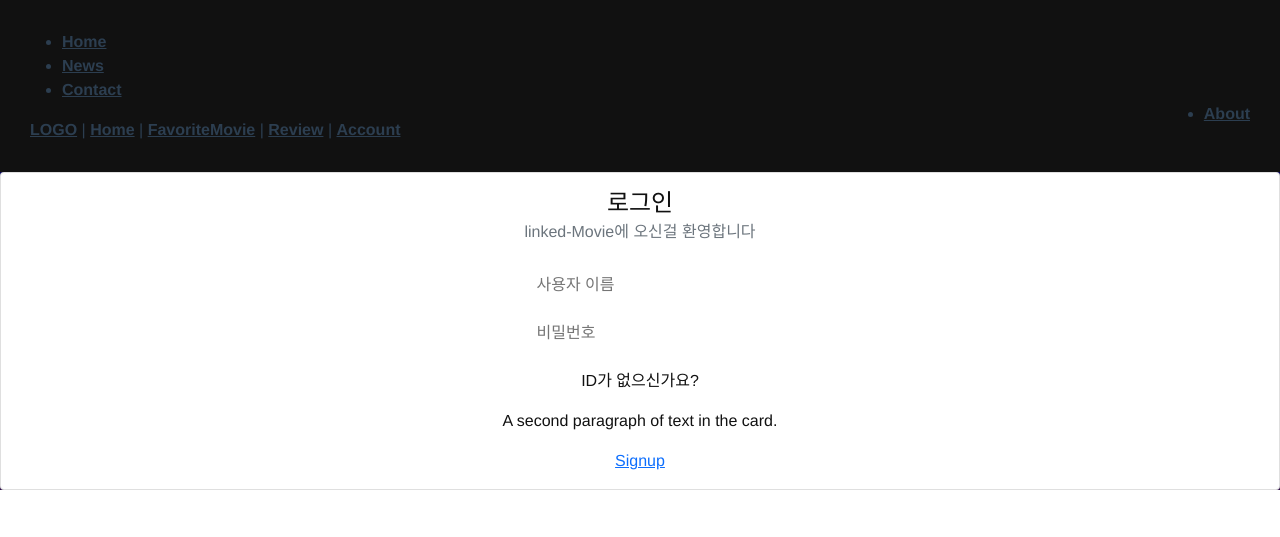
Repository: chomyoenggeun/linkedmovie
Page: /account/login (app in front/)
An editor plug-in stored every save of this project. The page is shown before and after the next save, followed by the edit.
The browser window is 1280 px wide. The pictures show the whole page.
The project was rebuilt for these pictures with package versions that can differ from the ones it lists, and the page was loaded fresh each time. Also part of the build but not shown: front/vue.config.js, front/src/components/MovieCard.vue, front/src/views/Home.vue, front/src/views/accounts/Account.vue, front/src/views/accounts/Signup.vue, front/src/views/FavoriteMovie.vue, front/src/views/Mypage.vue, front/src/components/DmovieReviewItem.vue and 10 more.

Above is the page before, as saved 2021-11-24 05:08:29.

### front/src/main.js
import Vue from 'vue'
import App from './App.vue'
import router from './router'
import store from './store'
import vuetify from './plugins/vuetify'
import BootstrapVue from 'bootstrap-vue'
import 'bootstrap/dist/css/bootstrap.min.css'
import 'bootstrap-vue/dist/bootstrap-vue.css'

Vue.use(BootstrapVue)
Vue.config.productionTip = false

new Vue({
  router,
  store,
  vuetify,
  render: h => h(App)
}).$mount('#app')

### front/src/App.vue
<template>
  <div id="app">
    <div id="nav">
      <ul class="horizontal">
        <li><a class="active" href="javascript:void(0)">Home</a></li>
        <li><a href="javascript:void(0)">News</a></li>
        <li><a href="javascript:void(0)">Contact</a></li>
        <li class="rightli" style="float:right"><a href="javascript:void(0)">About</a></li>
      </ul>

      <router-link class="menubt" to="/home">LOGO</router-link> |
      <router-link class="menubt" to="/home">Home</router-link> |
      <router-link class="menubt" to="/favorite-movie">FavoriteMovie</router-link> |
      <router-link class="menubt" to="/review">Review</router-link> |
      <span v-if="isLogin">
        <router-link class="menubt_right" to="/mypage"
        >Mypage</router-link> |
      </span>
      <span v-else>
        <router-link class="menubt" to="/account">Account</router-link>
      </span>
    </div>
    <router-view
    @login="isLogin=true"/>
  </div>
</template>

<script>
export default {
  name : 'App',
    data: function(){
    return {
      isLogin: false,
    }
  },
  created : function(){
    const token = localStorage.getItem('jwt')
    if(token){
      this.isLogin = true
    }
  },
  methods : {
    checkLogin: function(loginState){
      this.isLogin = loginState
    }
  }

}
</script>

<style>
#app {
  font-family: Avenir, Helvetica, Arial, sans-serif;
  -webkit-font-smoothing: antialiased;
  -moz-osx-font-smoothing: grayscale;
  /* text-align: center; */
  color: #2c3e50;
  background: #111111;
}

#nav {
  padding: 30px;
}

#nav a {
  font-weight: bold;
  color: #2c3e50;
}
/* .menubt{
  padding : 20px;
  background: #255ca3;
  list-style:none;
} */
.menubt:hover{
  background:#255ca3; margin:auto; position:relative; display:box;
}
.menubt_rigth{
  text-align: right;
}

#nav a.router-link-exact-active {
  color: #dddddd;
}
</style>

### front/src/router/index.js
import Vue from 'vue'
import VueRouter from 'vue-router'
import Home from '../views/Home.vue'
import Account from '../views/accounts/Account.vue'
import Login from '../views/accounts/Login.vue'
import Signup from '../views/accounts/Signup.vue'
import FavoriteMovie from '../views/FavoriteMovie.vue'
import Mypage from '../views/Mypage.vue'
import Movie from '../components/Movie.vue'
import Review from '../views/Review.vue'
import MovieReviewForm from '../components/MovieReviewForm.vue'
import MovieReviewCommunity from '../components/MovieReviewCommunity.vue'
// import MovieReviewCreate from '../components/MovieReviewCreate.vue'

Vue.use(VueRouter)

const routes = [
  {
    path: '/home',
    name: 'Home',
    component: Home
  },
  {
    path: '/favorite-movie',
    name: 'FavoriteMovie',
    component : FavoriteMovie
  },
  /////////////////////////////////
  //account//
  {
    path: '/account',
    name: 'Account',
    component : Account,
  },
  {
    path: '/account/login',
    name: 'Login',
    component : Login,
  },
  {
    path: '/account/signup',
    name: 'Signup',
    component : Signup,
  },
  //account//
  /////////////////////////////////
  {
    path: '/mypage',
    name: 'Mypage',
    component : Mypage,
  },
  {
    path: '/home/movie/:movieId',
    name: 'Movie',
    component : Movie
  },
///////////////////////////////////////////////////
//////////리뷰작성///////////
  {
    path: '/review',
    name: 'Review',
    component : Review
  },
  {
    path: '/review/create',
    name: 'MovieReviewForm',
    component : MovieReviewForm
  },
  {
    path: '/review/detail/:reviewId',
    name: 'MovieReviewCommunity',
    component: MovieReviewCommunity
  }
  ////////////////////////////////////////////////////////
  // {
  //   path: '/movie-review-create',
  //   name: 'MovieReviewCreate',
  //   component : MovieReviewCreate
  // },

]

const router = new VueRouter({
  mode: 'history',
  base: process.env.BASE_URL,
  routes
})

export default router

### front/src/store/index.js
import Vue from 'vue'
import Vuex from 'vuex'
import axios from 'axios'
import router from '../router'

Vue.use(Vuex)

export default new Vuex.Store({
  state: {
    movieCards: [],
    carosalCards : [],
    loginState : false,
    loginjwt : null,
    reviews: [],
    user : null,
    comments : [],
    moviereviews: [],
  },
  mutations: {
    // GET_LOGIN_USER: function(state,res){
    //   state.user = res

    // },
    LOAD_MOVIE_CARDS:function(state, results){
      state.movieCards = results
    },
    GET_REVIEWS:function(state, res){
      state.reviews = res
      // console.log(state.reviews)
    },
    GET_MOVIE_REVIEWS : function(state,res){
      state.moviereviews = res
    },
    CREATE_REVIEWS : function(state, res){
      state.reviews.push(res)
      // console.log(state.reviews)
    },
    UPDATE_REVIEW : function(state,reviewItem){
      state.reviews = state.reviews.map((review) => {
        if (review === reviewItem){
          return { ...review,
            title: reviewItem.titie,
            content: reviewItem.content,
            rank: reviewItem.rank
          }
        }
        return review
      })
    },
    DELETE_REVIEW : function(state, reviewItem){
      const index = state.reviews.indexOf(reviewItem)
      state.reviews.splice(index,1)
    },
    GET_COMMENTS : function(state,res){
      state.comments = res
    },
    CREATE_COMMENT : function(state, res){
      state.comments.push(res)
    },
    DELETE_COMMENT : function(state,commentItem){
      const index = state.comments.indexOf(commentItem)
      state.comments.splice(index, 1)
    }
  },
  actions: {
    // getLoginUser: function({commit},token){
    //   axios({
    //     method: 'get',
    //     url:'http://123.0.01:8000/account/api-token-auth/',
    //     headers: token,
    //   })
    //     .then(res =>{
    //       console.log(res)
    //       commit('GET_LOGIN_USER')
    //     })
    // },
    // 로그인 정보 보내기
    // Login: function(context){
    //   axios({
    //     method: 'post',
    //     url: 'http://127.0.0.1:8000/accounts/signup/',
    //     data: this.credentials
    //   })
    //     .then(()=>{
    //       console.log(context)
    //       context.commit('LOGIN',context)
    //       this.$router.push({name: 'Login'})
    //     })
    //     .catch(err =>{
    //       console.log(err)
    //     })
    // },
    // 영화 불러오기
    LoadMovieCards: function({commit},token){
      axios({
        method: 'get',
        url: 'http://127.0.0.1:8000/movies/',
        headers: token,
      })
        .then(res => {
          console.log(res.data)
          commit('LOAD_MOVIE_CARDS',res.data)
        })
    },
    LoadGenreData : function({commit},token){
      axios({
        method: 'get',
        url:`http://127.0.0.1:8000/movies/genres/`,
        headers: token,
      })
        .then(res =>{
          console.log(res.data)
          commit('LOAD_GENRE_DATA',res.data)
        })
    },
    // LikeMovie:function({commit},token){
    //   axios({
    //     method: 'put',
    //     url: 'http://127.0.0.1:8000/movies/',
    //     headers: token,
    //   })
    // },
    getReviews: function({commit},token){
      axios({
        method: 'get',
        url: `http://127.0.0.1:8000/community/`,
        headers: token,
      })
        .then(res => {
          // console.log(res.data)
          commit('GET_REVIEWS',res.data)
        })
        .catch(err => {
          console.log(err)
        })
    },
    createReviews: function({commit},object){
      axios({
        method: 'post',
        url:'http://127.0.0.1:8000/community/',
        headers: object.token,
        data: object.reviewItem,
      })
        .then(res => {
          console.log(res)
          commit('CREATE_REVIEWS')
          router.push({ name:'Review' })
          router.go()
        })
        .catch(err => {
          console.log(err)
        })
    },
    updateReview: function({commit},object){
      axios({
        method: 'PUT',
        url:`http://127.0.0.1:8000/community/${object.review_id}/`,
        data:object.reviewItem,
        headers: object.token
      })
        .then(() => {
          commit('UPDATE_REVIEW')
        })
        .catch(err => {
          console.log(err)
        })
    },
    deleteReview({commit},object){
      axios({
        method: 'DELETE',
        url:`http://127.0.0.1:8000/community/${object.review_id}/`,
        headers: object.token,

      })
        .then(res=>{
          console.log(res)
          commit('DELETE_REVIEW')
        })
        .catch(err =>{
          console.log(err)
        })
    },
    getComments({commit},object){
      axios({
        method: 'GET',
        url:`http://127.0.0.1:8000/community/${object.review_id}/comments/`,
        headers: object.token,

      })
        .then((res) => {
          // console.log(object.review_id)
          // console.log(res)
          commit('GET_COMMENTS',res.data)
        })
        .catch(err => {
          console.log(err)
        })
    },
    createComment({commit},object){
      axios({
        method: 'POST',
        url:`http://127.0.0.1:8000/community/${object.review_id}/comments/`,
        data: object.commentItem,
        headers: object.token,
      })
        .then((res) =>{
          commit('CREATE_COMMENT', res.data)
        })
        .catch(err =>{
          console.log(err)
        })
    },
    deleteComment({commit},object){
      axios({
        method:'DELETE',
        url: `http://127.0.0.1:8000/community/comments/${object.comment_id}/`,
        headers: object.token
      })
        .then((res)=>{
          console.log(res)
          commit('DELETE_COMMENT',res.data)
          router.go()
        })
        .catch(err =>{
          console.log(err)
        })
    },
    getMovieReviews({commit},object){
      axios({
        method: 'GET',
        url:`http://127.0.0.1:8000/movies/moviereviews/`,
        headers: object.token,
      })
        .then((res) => {
          // console.log(object.review_id)
          // console.log(res)
          commit('GET_MOVIE_REVIEWS',res.data)
        })
        .catch(err => {
          console.log(err)
        })
    }
  },

  modules: {
  }
})

### front/src/views/accounts/Login.vue
<template>
  <div>

    <!-- <div class="login-page">
      <transition name="fade">
         <div v-if="!registerActive" class="wallpaper-login"></div>
      </transition>
      <div class="wallpaper-register"></div>

      <div class="container">
         <div class="row m-6 p-6">
            <div class="col-lg-4 col-md-6 col-sm-8 mx-auto">
               <div v-if="!registerActive" class="card login" v-bind:class="{ error: emptyFields }">
                  <h1>Sign In</h1>
                  <form class="form-group">
                     <input v-model="emailLogin" type="email" class="form-control" placeholder="Email" required>
                     <input v-model="passwordLogin" type="password" class="form-control" placeholder="Password" required>
                     <input type="submit" class="btn btn-primary" @click="doLogin">
                     <p>Don't have an account? <a href="#" @click="registerActive = !registerActive, emptyFields = false">Sign up here</a>
                     </p>
                     <p><a href="#">Forgot your password?</a></p>
                  </form>
               </div>

               <div v-else class="card register" v-bind:class="{ error: emptyFields }">
                  <h1>Sign Up</h1>
                  <form class="form-group">
                     <input v-model="emailReg" type="email" class="form-control" placeholder="Email" required>
                     <input v-model="passwordReg" type="password" class="form-control" placeholder="Password" required>
                     <input v-model="confirmReg" type="password" class="form-control" placeholder="Confirm Password" required>
                     <input type="submit" class="btn btn-primary" @click="doRegister">
                     <p>Already have an account? <a href="#" @click="registerActive = !registerActive, emptyFields = false">Sign in here</a>
                     </p>
                  </form>
               </div>
            </div>
         </div>

      </div>
   </div> -->

    <div class="to-center bg-color">
      <b-card title="로그인" sub-title="linked-Movie에 오신걸 환영합니다">
        <div>
          <br>
          <input type="text" placeholder="사용자 이름"
          id="username"
          v-model="credentials.username">
        </div>
        <br>
        <div>
          <input type="password"
          id="password" placeholder="비밀번호"
          v-model="credentials.password"
          @keyup.enter="login">
        </div>
        <br>
        <b-card-text>
          ID가 없으신가요?
        </b-card-text>

        <b-card-text>A second paragraph of text in the card.</b-card-text>
        <router-link to="/account/signup">Signup</router-link>
      </b-card>
    </div>
  </div>
</template>

<script>
import axios from 'axios'

export default {
  name : 'Login',
  data: function(){
    return {
      credentials: {
        username: null,
        password: null,
        isLogin: false,
      }
    }
  },
  props:{
    loginState : String,
  },
  methods: {
    login: function(){
      axios({
        method: 'post',
        url: 'http://127.0.0.1:8000/accounts/api-token-auth/',
        data: this.credentials,
      })
        .then(res => {
          console.log(this.credentials)
          localStorage.setItem('jwt',res.data.token)
          this.$emit('login')
          this.$emit('is-login',true)
          this.$router.push({ name: 'Home'})
        })
        .catch(err =>{
          console.log(err)
        })
    }
  }
}
</script>

<style scoped>
.to-center{
  text-align: center;
}
.bg-color{
  background: rgb(6,5,87);
  background: linear-gradient(180deg, rgba(6,5,87,1) 0%, rgba(43,12,69,1) 100%);
  color: #111111;
  padding: auto
}
</style>

Loaded but not shown: front/public/index.html (common file); front/src/plugins/vuetify.js (common file)

After the next save:
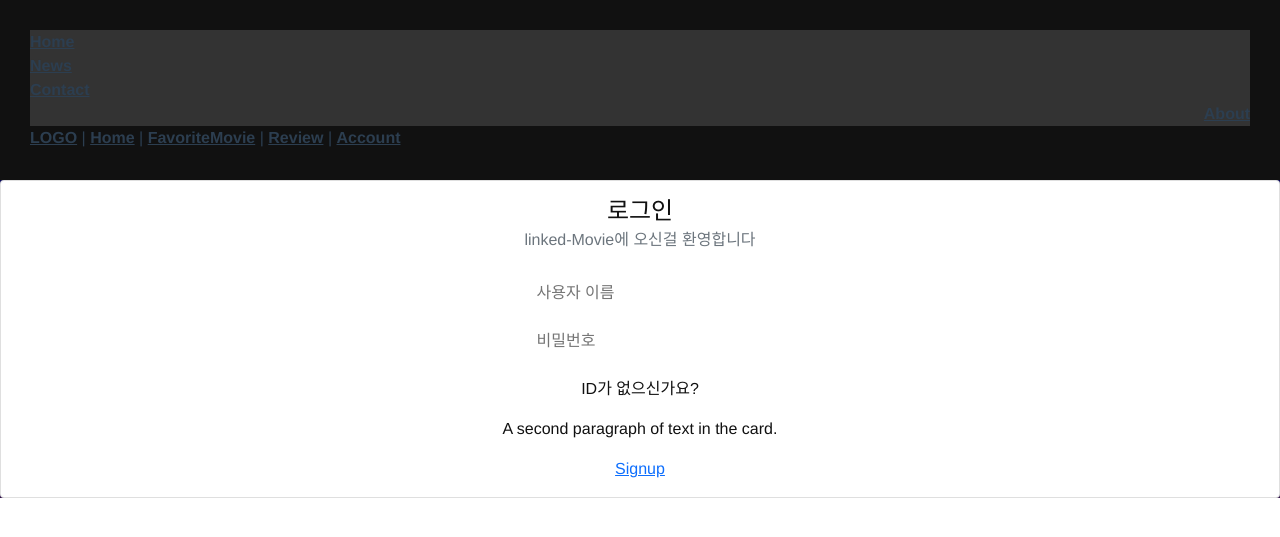
Saved 27 s later.
--- a/front/src/App.vue
+++ b/front/src/App.vue
@@ -81,4 +81,20 @@ export default {
 #nav a.router-link-exact-active {
   color: #dddddd;
 }
+ul.horizontal {
+    list-style-type: none;
+    margin: 0;
+    padding: 0;
+    overflow: hidden;
+    background-color: #333;
+}
+ul {
+    display: block;
+    list-style-type: disc;
+    margin-block-start: 1em;
+    margin-block-end: 1em;
+    margin-inline-start: 0px;
+    margin-inline-end: 0px;
+    padding-inline-start: 40px;
+}
 </style>
